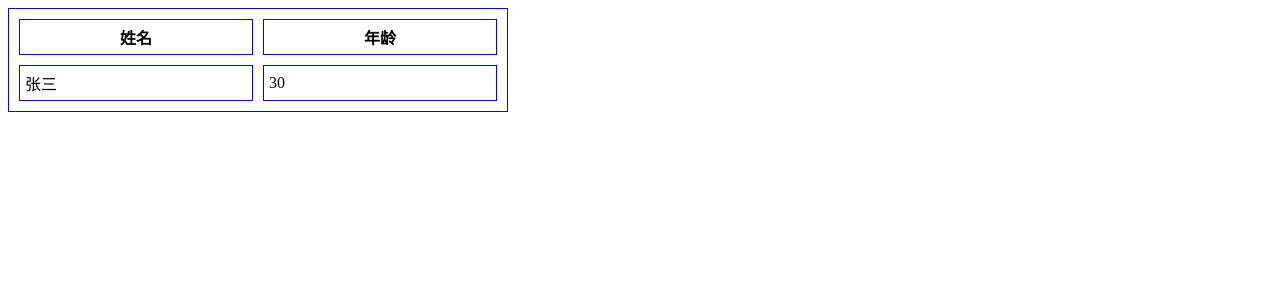
Repository: tangchengjingwen/javaLearningCode
Page: javaLearningCode/day29_html/table.html
An editor plug-in stored every save of this project. The page is shown before and after the next save, followed by the edit.
The browser window is 1280 px wide. The pictures show the whole page.

Above is the page before, as saved 2012-05-13 06:28:47.

### javaLearningCode/day29_html/table.html
<!DOCTYPE HTML PUBLIC "-//W3C//DTD HTML 4.01//EN" "http://www.w3.org/TR/html4/strict.dtd">
<html>
	<head>
		<meta http-equiv="Content-Type" content="text/html; charset=GBK">
		<title>Untitled Document</title>
	</head>
	<body>

		<table border="1" bordercolor="blue" cellpadding="5" cellspacing="10" width="500" >
			<tr>
				<th>姓名</th>
				<th>年龄</th>
			</tr>
			<tr>
				<td>张三</td>
				<td>30</td>
			</tr>
		</table>



	</body>
</html>

After the next save:
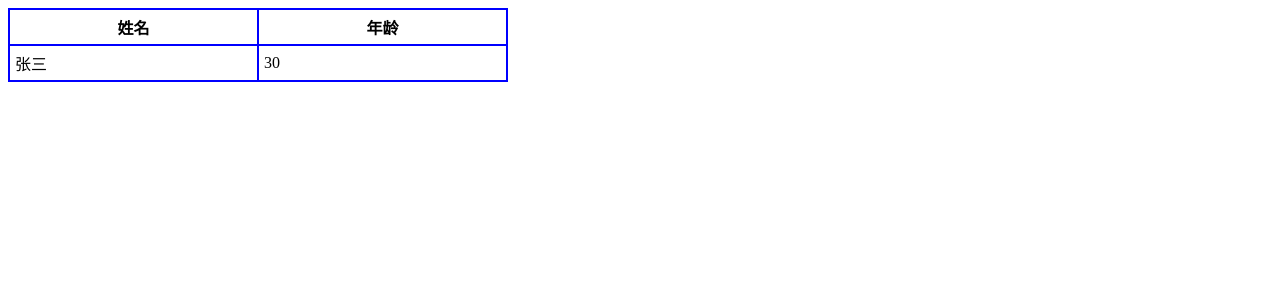
Saved 9 s later.
--- a/javaLearningCode/day29_html/table.html
+++ b/javaLearningCode/day29_html/table.html
@@ -6,7 +6,7 @@
 	</head>
 	<body>
 
-		<table border="1" bordercolor="blue" cellpadding="5" cellspacing="10" width="500" >
+		<table border="1" bordercolor="blue" cellpadding="5" cellspacing="0" width="500" >
 			<tr>
 				<th>姓名</th>
 				<th>年龄</th>
